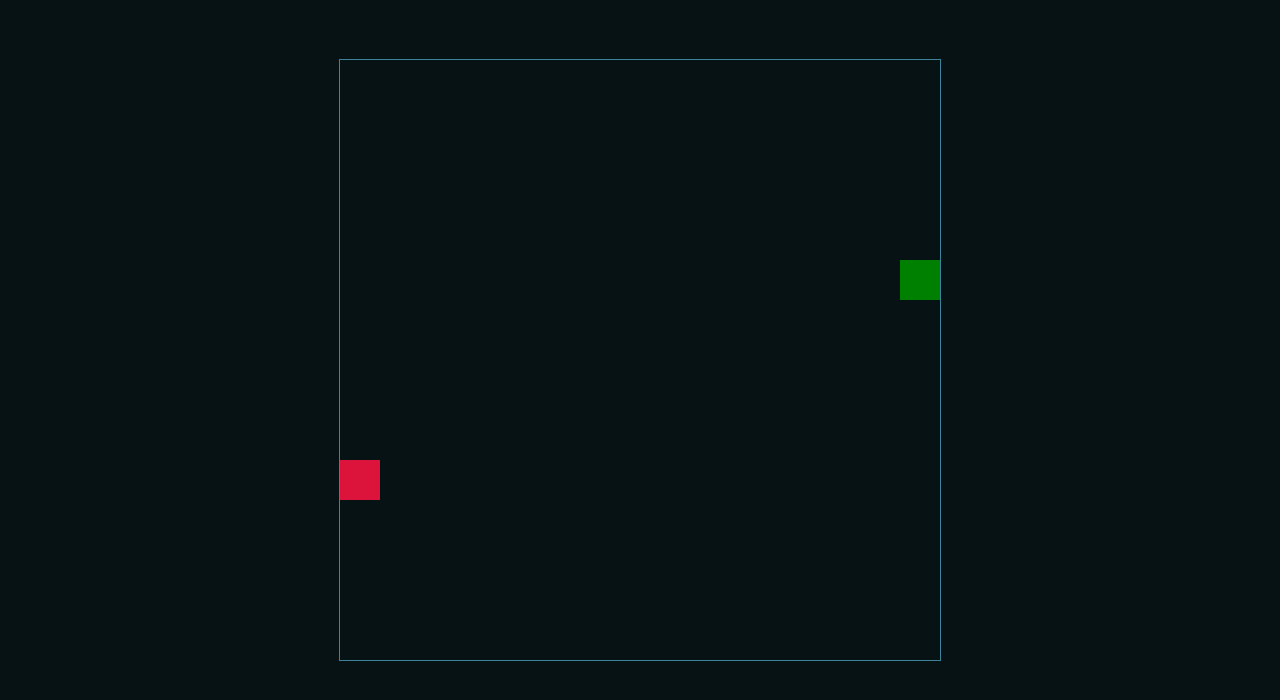
Repository: rehans-Life/linkedlist-snake-game
Page: /
The author's editor kept a copy of each file at every save. The page is drawn from the files as they stood at one save, then again after a run of saves.
The browser window is 1280 px wide. The pictures show the whole page.
The project was rebuilt for these pictures with package versions that can differ from the ones it lists, and the page was loaded fresh each time. The framework's server and built-in components were replaced by stand-ins that run in the browser. Also part of the build but not shown: next.config.js.

Above is the page before, as saved 2023-04-15 17:48:58.

### pages/index.js
import Head from "next/head";
import styles from "../styles/Home.module.css";
import Board from "../components/Board";

export default function Home() {
  return (
    <div className={styles.container}>
      <Head>
        <title>Linked List Snake Game</title>
        <meta name="description" content="linked list snake game" />
        <link rel="icon" href="/favicon.ico" />
      </Head>
      <Board />
    </div>
  );
}

### styles/globals.css
html,
body {
  padding: 0;
  margin: 0;
  font-family: -apple-system, BlinkMacSystemFont, Segoe UI, Roboto, Oxygen,
    Ubuntu, Cantarell, Fira Sans, Droid Sans, Helvetica Neue, sans-serif;
}

a {
  color: inherit;
  text-decoration: none;
}

* {
  box-sizing: border-box;
}

button {
  margin: 0;
  padding: 0;
}

### styles/Home.module.css
.container {
  background-color: rgb(7, 18, 21);
  height: 100vh;
  display: flex;
  align-items: center;
  justify-content: center;
}

.board {
  border: 1px solid rgb(62, 131, 154);
}

.row {
  display: flex;
  align-items: center;
  justify-content: center;
}

.cell {
  width: 40px;
  height: 40px;
  /* border: 1px solid rgb(123, 222, 255); */
}

.snake_cell {
  background-color: green;
}

.food_cell {
  background-color: crimson;
}

### components/Board.jsx
/* eslint-disable react-hooks/exhaustive-deps */
import React, { useEffect, useState } from "react";
import styles from "../styles/Home.module.css";
import { createBoard, randomIntInIntervel } from "../utils";

const BOARD_SIZE = 10;

// A Class to represent each node of the linked list
class Node {
  constructor(value, row, col) {
    this.value = value;
    this.row = row;
    this.col = col;
    this.next = null;
  }
}

// A class to represent the singly linked list
class SinglyLinkedList {
  constructor(head) {
    let node = new Node(head.value, head.row, head.col);
    this.head = node;
    this.tail = node;
  }
}

const Direction = {
  UP: "UP",
  RIGHT: "RIGHT",
  DOWN: "DOWN",
  LEFT: "LEFT",
};

export default function Board() {
  const [board, setBoard] = useState(createBoard(15));

  // A set to store the values of all snake cells intially our snake will be of size
  // one cell and start from the 44th cells
  const [snakeCells, setSnakeCells] = useState(new Set([80]));

  // A linked list for our snake initally going to have only one node which
  // is at cell 44
  const [linkedlist, setLinkedList] = useState(
    new SinglyLinkedList({ value: 80, row: 5, col: 4 })
  );

  const [foodCell, setFoodCell] = useState(85);

  const [direction, setDirection] = useState(Direction.RIGHT);

  useEffect(() => {
    window.addEventListener("keydown", (e) => {
      handleKeyDown(e.key);
    });
    let gameStartInternal = setInterval(() => {
      setLinkedList((currLinkedList) => moveLinkedList(currLinkedList));
    }, 500);
    return () => {
      clearInterval(gameStartInternal);
    };
  }, [direction]);

  useEffect(() => {
    setSnakeCells((currSnakeCells) => moveSnakeCells(currSnakeCells));
  }, [linkedlist]);

  function handleKeyDown(key) {
    const direction = getDirectionFromKey(key);
    if (direction === "") return;
    setDirection(direction);
  }

  const getDirectionFromKey = (key) => {
    if (key === "ArrowUp") return Direction.UP;
    if (key === "ArrowRight") return Direction.RIGHT;
    if (key === "ArrowDown") return Direction.DOWN;
    if (key === "ArrowLeft") return Direction.LEFT;
    return "";
  };

  function moveLinkedList(originalLinkedlist) {
    let linkedList = copyLinkedList(originalLinkedlist);
    let currHead = linkedList.head;
    let newHead = createNewNodeInDirection(board, currHead);

    currHead.next = newHead;
    if (newHead.value === foodCell) {
      let growthCell = createNewNodeInDirection(board, newHead);
      let temp = linkedList.tail;
      linkedList.tail = temp;
      linkedList.next = temp;
      while (true) {
        let newFoodCell = randomIntInIntervel(1, board[14][14]);
        if (snakeCells.has(newFoodCell)) {
          setFoodCell(randomIntInIntervel(1, board[14][14]));
          break;
        }
      }
      return { head: growthCell, tail: linkedList.tail.next };
    }
    return { head: newHead, tail: linkedList.tail.next };
  }

  function createNewNodeInDirection(board, currHead) {
    let newHead;
    if (direction === "LEFT")
      newHead = new Node(
        board[currHead.row][currHead.col - 1],
        currHead.row,
        currHead.col - 1
      );
    else if (direction === "RIGHT")
      newHead = new Node(
        board[currHead.row][currHead.col + 1],
        currHead.row,
        currHead.col + 1
      );
    else if (direction === "DOWN")
      newHead = new Node(
        board[currHead.row + 1][currHead.col],
        currHead.row + 1,
        currHead.col
      );
    else if (direction === "UP")
      newHead = new Node(
        board[currHead.row - 1][currHead.col],
        currHead.row - 1,
        currHead.col
      );
    return newHead;
  }

  function copyLinkedList(linkedList) {
    let node = linkedList.tail;
    let newNode = new Node(node.value, node.row, node.col);
    let newTail = newNode;
    while (node.next) {
      let next = node.next;
      let newNext = new Node(next.value, next.row, next.col);
      node = next;
      newNode.next = newNext;
      newNode = newNext;
    }
    return {
      head: newNode,
      tail: newTail,
    };
  }

  function moveSnakeCells() {
    let movedSnake = [];
    let node = linkedlist.tail;

    while (node) {
      movedSnake.push(node.value);
      node = node.next;
    }
    movedSnake.reverse();
    return new Set(movedSnake);
  }

  return (
    <div className={styles.board}>
      {board.map((row, i) => (
        <div key={i} className={styles.row}>
          {row.map((value, j) => (
            <div
              key={j}
              className={`${styles.cell} ${
                snakeCells.has(value)
                  ? styles.snake_cell
                  : value === foodCell
                  ? styles.food_cell
                  : ""
              }`}
            ></div>
          ))}
        </div>
      ))}
    </div>
  );
}

### utils.js
export const randomIntInIntervel = (max, min) => {
  return Math.floor(Math.random() * (max - min + 1)) + min;
};

export const createBoard = (board_size) => {
  // All the cells which have a certain value assigned to them
  let board = [];
  let counter = 1;
  for (let i = 0; i < board_size; i++) {
    let row = [];
    for (let j = 0; j < board_size; j++) row.push(counter++);
    board.push(row);
  }
  return board;
};

Loaded but not shown: pages/_app.js (common file)

After the next 2 saves:
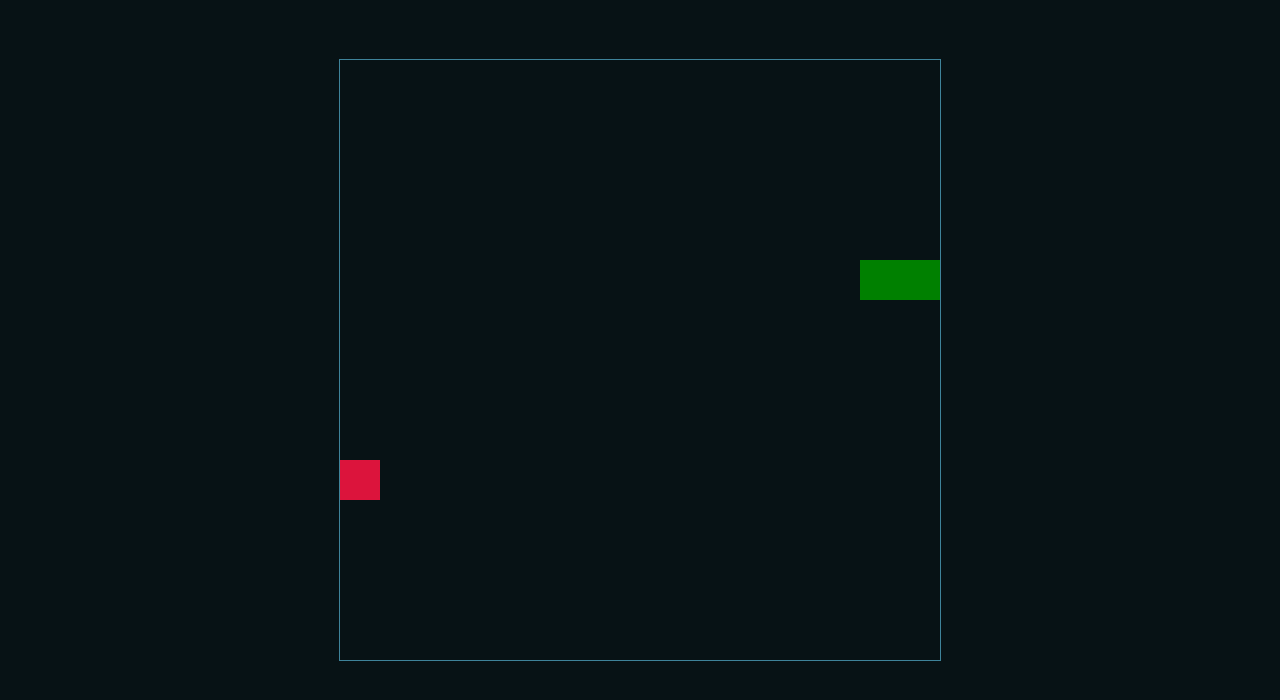
The 2 saves are shown as one change because 1 did not build or start.
The last was saved 2 min 23 s later.
--- a/components/Board.jsx
+++ b/components/Board.jsx
@@ -87,8 +87,8 @@ export default function Board() {
     if (newHead.value === foodCell) {
       let growthCell = createNewNodeInDirection(board, newHead);
       let temp = linkedList.tail;
-      linkedList.tail = temp;
-      linkedList.next = temp;
+      linkedList.tail = growthCell;
+      linkedList.tail.next = temp;
       while (true) {
         let newFoodCell = randomIntInIntervel(1, board[14][14]);
         if (snakeCells.has(newFoodCell)) {
